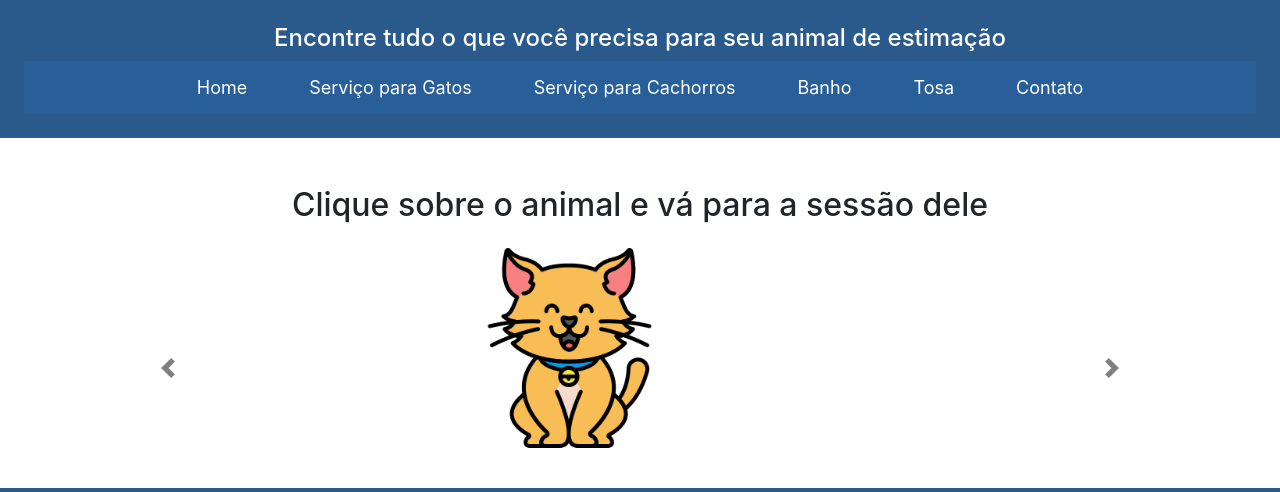
Repository: graeff01/petshop-project
Page: index.html
An editor plug-in stored every save of this project. The page is shown before and after the next save, followed by the edit.
The browser window is 1280 px wide. The pictures show the part of the page from y = 0 to 492 px (the page is 1672 px tall before and 1995 px after).
A picture or video elsewhere on the page could not be fetched, so the positions and the page height are approximate.

Above is the page before, as saved 2024-09-18 11:28:29.

### index.html
<!DOCTYPE html>
<html lang="pt-br">
<head>
    <meta charset="UTF-8">
    <meta name="viewport" content="width=device-width, initial-scale=1.0">
    <title>PetShop - Home</title>
    <link rel="stylesheet" href="css/style.css">
    <link href="https://maxcdn.bootstrapcdn.com/bootstrap/4.5.2/css/bootstrap.min.css" rel="stylesheet">
</head>
<body>
    <!-- Cabeçalho com menu de navegação -->
    <header class="blue-background text-center p-4">
        <h1>Encontre tudo o que você precisa para seu animal de estimação</h1>
        <nav>
            <ul class="nav justify-content-center">
                <li class="nav-item">
                    <a class="nav-link active" href="index.html">Home</a>
                </li>
                <li class="nav-item">
                    <a class="nav-link" href="gato.html">Serviço para Gatos</a>
                </li>
                <li class="nav-item">
                    <a class="nav-link" href="dog.html">Serviço para Cachorros</a>
                </li>
                <li class="nav-item">
                    <a class="nav-link" href="banho.html">Banho</a>
                </li>
                <li class="nav-item">
                    <a class="nav-link" href="tosa.html">Tosa</a>
                </li>
                <li class="nav-item">
                    <a class="nav-link" href="contato.html">Contato</a>
                </li>
            </ul>
        </nav>
    </header>


<!-- Seção com título explicativo -->
<section class="carousel-section container mt-5">
    <h2 class="text-center mb-4">Clique sobre o animal e vá para a sessão dele</h2> <!-- Título centralizado -->

    <!-- Carrossel de Imagens -->
    <div id="carouselExampleIndicators" class="carousel slide" data-ride="carousel">
        <div class="carousel-inner">
            <div class="carousel-item active">
                <a href="gato.html">
                    <img class="d-block w-100" src="img/cat.png" alt="Primeira imagem">
                </a>
            </div>
            <div class="carousel-item">
                <a href="dog.html">
                    <img class="d-block w-100" src="img/dog.png" alt="Segunda imagem">
                </a>
            </div>
        </div>
        <a class="carousel-control-prev" href="#carouselExampleIndicators" role="button" data-slide="prev">
            <span class="carousel-control-prev-icon" aria-hidden="true"></span>
            <span class="sr-only">Previous</span>
        </a>
        <a class="carousel-control-next" href="#carouselExampleIndicators" role="button" data-slide="next">
            <span class="carousel-control-next-icon" aria-hidden="true"></span>
            <span class="sr-only">Next</span>
        </a>
    </div>
</section>


    <!-- Seção de Fidelidade -->
    <section class="membership text-center p-4">
        <div class="membership-content d-flex align-items-center justify-content-center">
            <div class="membership-text text-center">
                <h3>Torne-se um membro<br>E obtenha desconto</h3>
                <a href="cliente.html" class="btn btn-dark">Virar Membro</a>
            </div>
            <div class="membership-image">
                <img src="img/fidelidade.jpg" alt="Gift" class="img-fluid">
            </div>
        </div>
    </section>

    <!-- Conselhos -->
    <main class="container mt-5">
        <div class="advice-section d-flex justify-content-center align-items-center">
            <div class="advice-text text-center">
                <h2>Alguns bons conselhos para cuidar de seu animal de estimação</h2><br><br>
                <p><strong>Paciência e compreensão:</strong> entenda que os animais de estimação têm suas personalidades. Seja paciente, especialmente durante o treinamento.</p> <br>
                <p><strong>Eduque-se:</strong> Aprenda sobre a raça, os comportamentos e os requisitos de saúde específicos de seu animal de estimação.</p><br>
                <p><strong>Preparação para emergências:</strong> Familiarize-se com a localização da clínica veterinária de emergência mais próxima.</p><br>
                <p><strong>Reforço positivo:</strong> Aprenda técnicas de reforço positivo.</p>
            </div>
            <div class="advice-image text-center">
                <img src="img/dogg.png" alt="Dog Advice" class="img-fluid">
            </div>
        </div>
    </main>

    <!-- Rodapé com informações de contato -->
    <footer class="footer mt-5 p-4 bg-light text-center">
        <div class="footer-container">
            <div class="footer-left">
                <img src="img/logo.png" alt="PetShop Logo" class="footer-logo">
            </div>
            <div class="footer-center">
                <ul class="footer-links">
                    <li><a href="index.html">Home</a></li>
                    <li><a href="gato.html">Gato</a></li>
                    <li><a href="dog.html">Cachorro</a></li>
                    <li><a href="banho.html">Banho</a></li>
                    <li><a href="tosa.html">Tosa</a></li>
                    <li><a href="contato.html">Contato</a></li>
                </ul>
            </div>
            <div class="footer-right">
                <p>Contato: (11) 1234-5678 | contato@petshop.com</p>
                <p>Autor: Douglas - Projeto Web</p>
                <div class="social-icons">
                    <a href="#"><img src="img/face.png" alt="Facebook"></a>
                    <a href="#"><img src="img/insta.png" alt="Instagram"></a>
                    <a href="#"><img src="img/x.png" alt="Twitter"></a>
                </div>
            </div>
        </div>
    </footer>

    <script src="https://code.jquery.com/jquery-3.5.1.slim.min.js"></script>
    <script src="https://cdn.jsdelivr.net/npm/@popperjs/core@2.9.2/dist/umd/popper.min.js"></script>
    <script src="https://maxcdn.bootstrapcdn.com/bootstrap/4.5.2/js/bootstrap.min.js"></script>
</body>
</html>

### css/style.css
/* Estilos globais */
body {
    font-family: Arial, sans-serif;
    margin: 0;
    padding: 0;
}

/* Cabeçalho */
header.blue-background {
    background-color: #2a598b;
    color: white;
    padding: 20px 0;
    text-align: center;
    width: 100%;
    box-sizing: border-box;
}

header.blue-background h1 {
    font-size: 24px;
}

nav ul {
    padding: 0;
    margin: 0;
    list-style-type: none;
    display: flex;
    width: 100%;
    justify-content: center;
    background-color: #2a619cce;
    padding: 5px 0;
}

nav ul li {
    margin: 0 15px;
}

nav ul li a {
    color: rgb(255, 255, 255);
    text-decoration: none;
    font-size: 18px;
    transition: color 0.3s ease;
}

nav ul li a:hover {
    color: #ffd700;
}

/* Barra de busca */
.search-bar {
    padding: 10px;
    font-size: 16px;
    width: 50%;
    margin: 20px auto;
    border-radius: 20px;
    border: 2px solid #ffffff;
    transition: all 0.3s ease;
}

.search-bar:focus {
    border-color: #e61212;
    outline: none;
}

/* Carrossel */
.carousel-item img {
    max-height: 300px;
    max-width: 200px;
    margin-left: 450px;
    object-fit: cover;
    margin-bottom: 40px;
}

/* Alterar a cor usando filter */
.carousel-control-prev-icon,
.carousel-control-next-icon {
    filter: invert(100%) sepia(100%) saturate(0%) hue-rotate(0deg) brightness(100%) contrast(100%);
    /* Modifique `invert` e outros valores para ajustar a cor */
}

/* Seção de Membros */
section.membership {
    background-color: #2a598b;
    padding: 60px 0;
    text-align: center;
    width: 100%;
    box-sizing: border-box;
}

.membership-content {
    background-color: #fff;
    border: 1px solid #000000ee;
    border-radius: 20px;
    padding: 20px;
    display: flex;
    align-items: center;
    text-align: left;
    max-width: 900px;
    margin: auto;
}

.membership-text {
    margin-right: 20px;
    text-align: center;
}

.membership-text h3 {
    font-size: 35px;
    margin-bottom: 10px;
}

.membership-image {
    flex: 1;
    text-align: center;
}

.membership-image img {
    max-width: 500px;
    height: auto;
    border-radius: 20px;
}

/* Seção de conselhos */
.advice-section {
    display: flex;
    justify-content: space-between;
    align-items: center;
    padding: 20px 0;
}

.advice-text {
    flex: 1;
    margin-left: 80px;
}

.advice-text h2 {
    color: #2a598b;
}

.advice-text p {
    font-size: 15px;
    margin-right: 10px;
    margin-bottom: 10px;
}

.advice-image {
    flex: 1;
    margin-left: 20px;
}

.advice-image img {
    max-width: 100%;
    height: 500px;
    border-radius: 20px;
}

/* Rodapé */
.footer {
    background-color: #d5d7d8;
    padding: 20px 0;
    color: white;
    text-align: center;
    width: 100%;
}

.footer-container {
    display: flex;
    justify-content: space-between;
    align-items: center;
    max-width: 1200px;
    margin: 0 auto;
    padding: 0 20px;
    box-sizing: border-box;
}

.footer-left img {
    width: 100px;
}

.footer-center {
    flex: 1;
}

.footer-links {
    list-style-type: none;
    padding: 0;
    margin: 0;
    display: flex;
    justify-content: center;
}

.footer-links li {
    margin: 0 10px;
}

.footer-links a {
    color: rgb(35, 111, 197);
    text-decoration: none;
    font-size: 16px;
}

.footer-links a:hover {
    text-decoration: underline;
}

.footer-right .social-icons {
    display: flex;
    justify-content: center;
}

.footer-right .social-icons a {
    margin: 0 10px;
}

.footer-right .social-icons img {
    width: 30px;
    height: 30px;
}

After the next save:
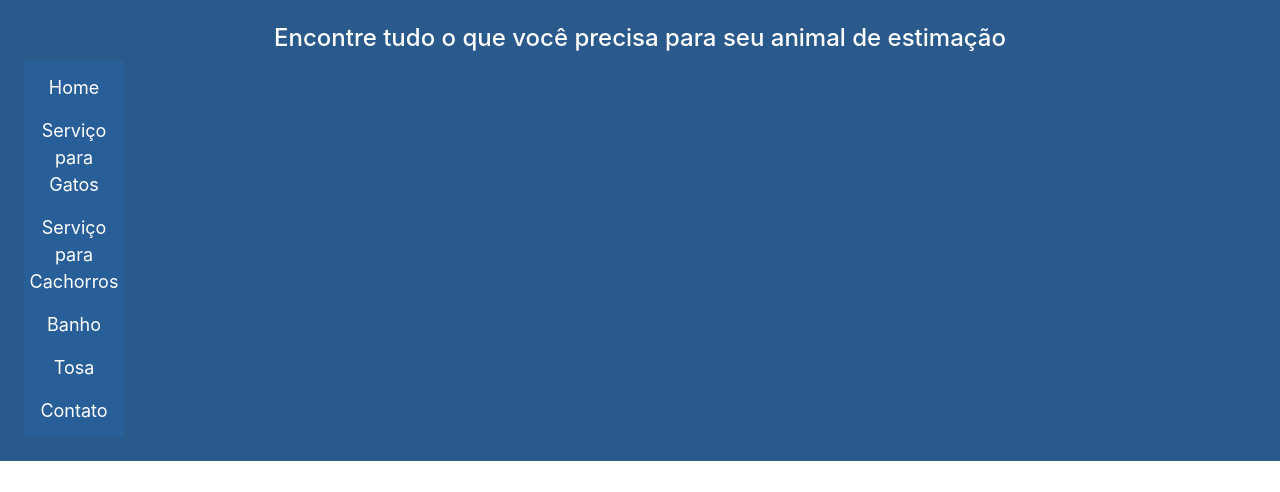
Saved 6 s later.
--- a/css/style.css
+++ b/css/style.css
@@ -24,7 +24,7 @@
     margin: 0;
     list-style-type: none;
     display: flex;
-    width: 100%;
+    width: 100px;
     justify-content: center;
     background-color: #2a619cce;
     padding: 5px 0;

After the save that followed:
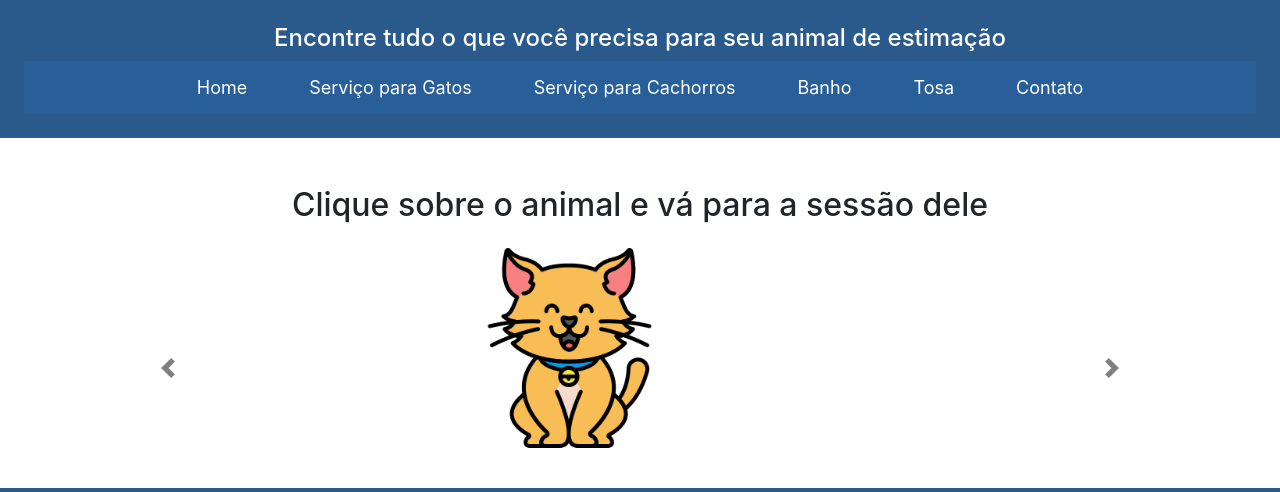
Saved 8 s later.
--- a/css/style.css
+++ b/css/style.css
@@ -24,7 +24,7 @@
     margin: 0;
     list-style-type: none;
     display: flex;
-    width: 100px;
+
     justify-content: center;
     background-color: #2a619cce;
     padding: 5px 0;
